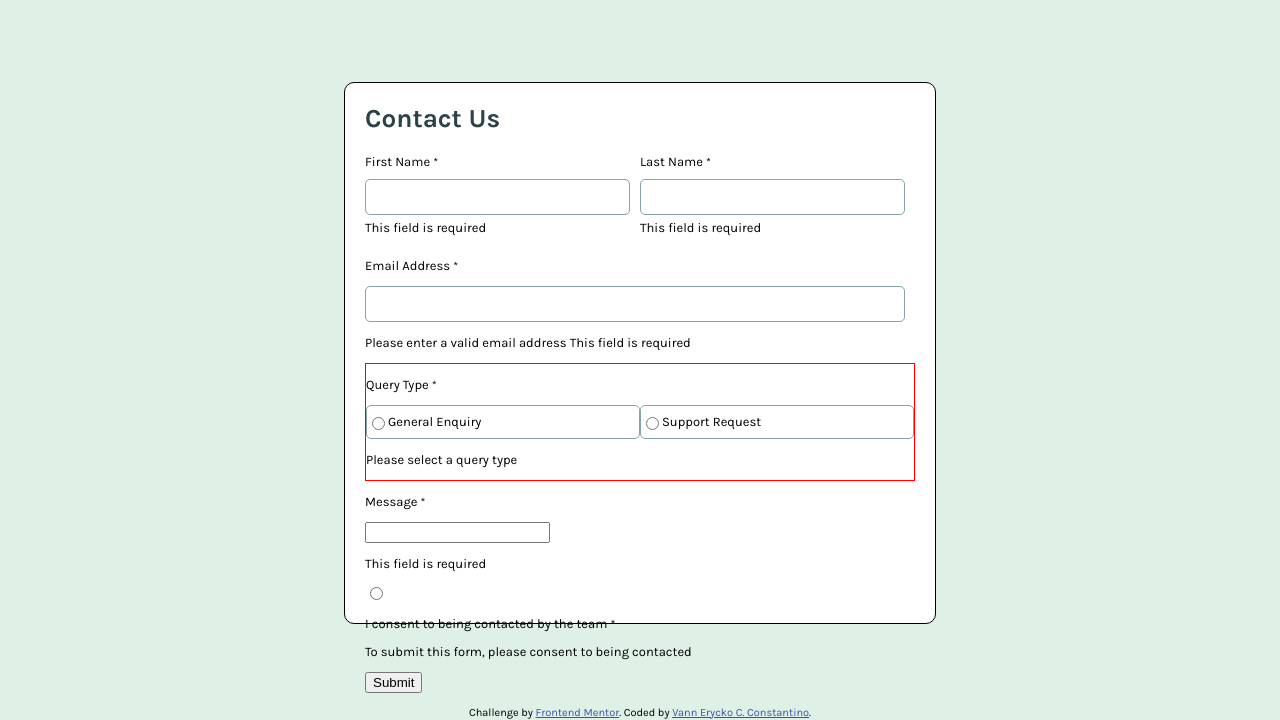
Repository: kocokoy/contact-form
Page: contact-form-main/index.html
The author's editor kept a copy of each file at every save. The page is drawn from the files as they stood at one save, then again after the next save.
The browser window is 1280 px wide. The pictures show the whole page.

Above is the page before, as saved 2024-10-24 09:33:50.

After the next save:
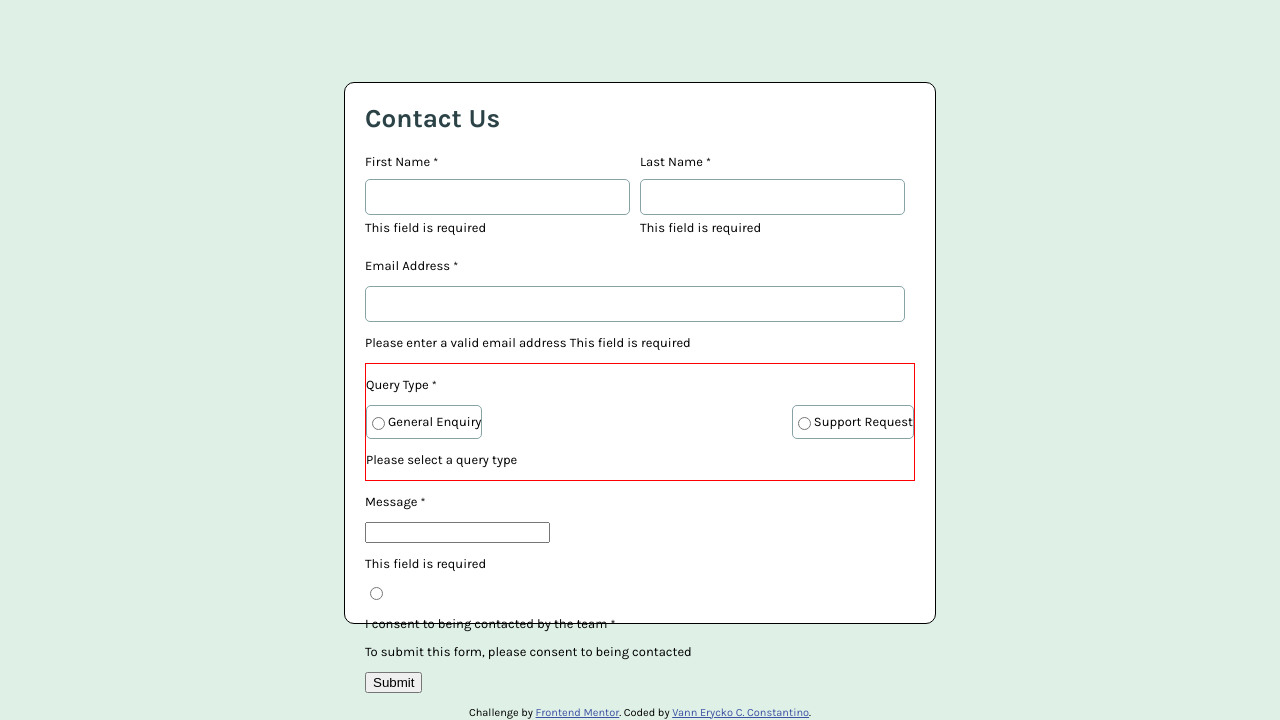
Saved 7 s later.
--- a/contact-form-main/styles/style.css
+++ b/contact-form-main/styles/style.css
@@ -102,5 +102,4 @@
   height: 32px;
   border-radius: 5px;
   border: 1px solid var(--Grey500);
-  width: 90%;
 }

After the 3 saves that followed:
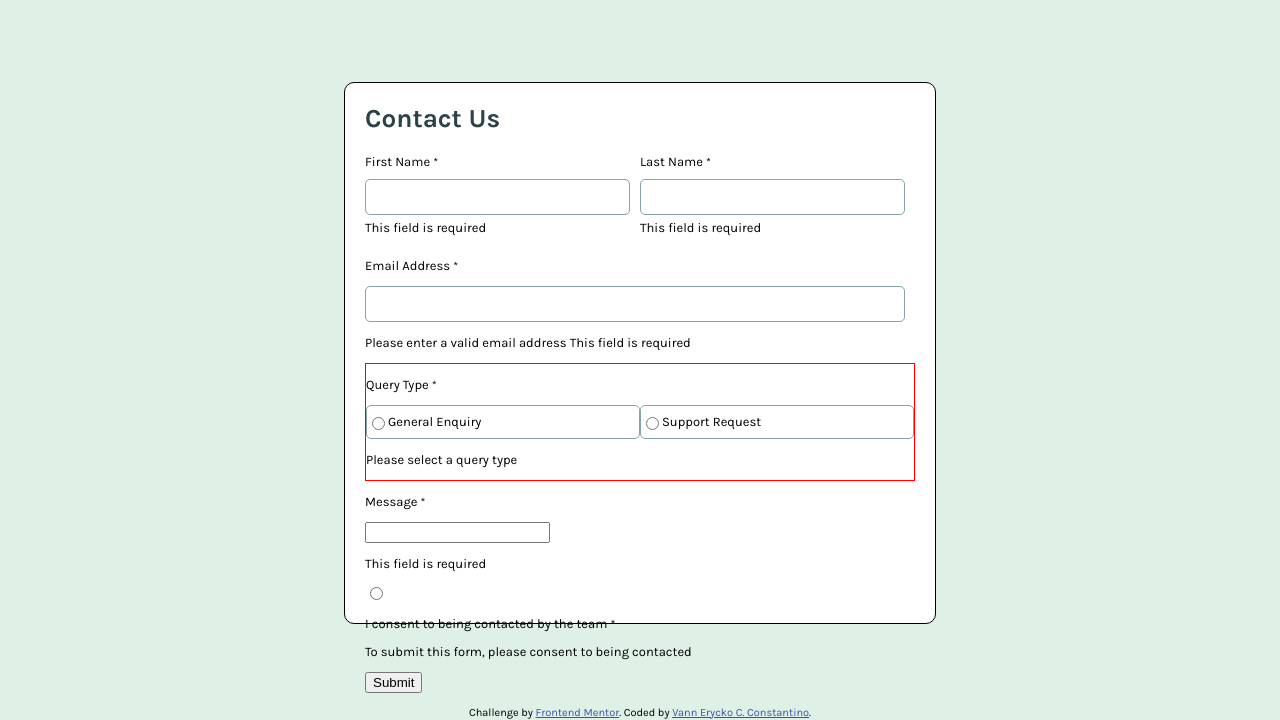
The 3 saves are shown as one change because 1 left the picture as it was and some came seconds apart.
The last was saved 18 s later.
--- a/contact-form-main/styles/style.css
+++ b/contact-form-main/styles/style.css
@@ -102,4 +102,5 @@
   height: 32px;
   border-radius: 5px;
   border: 1px solid var(--Grey500);
+  width: 50%;
 }
